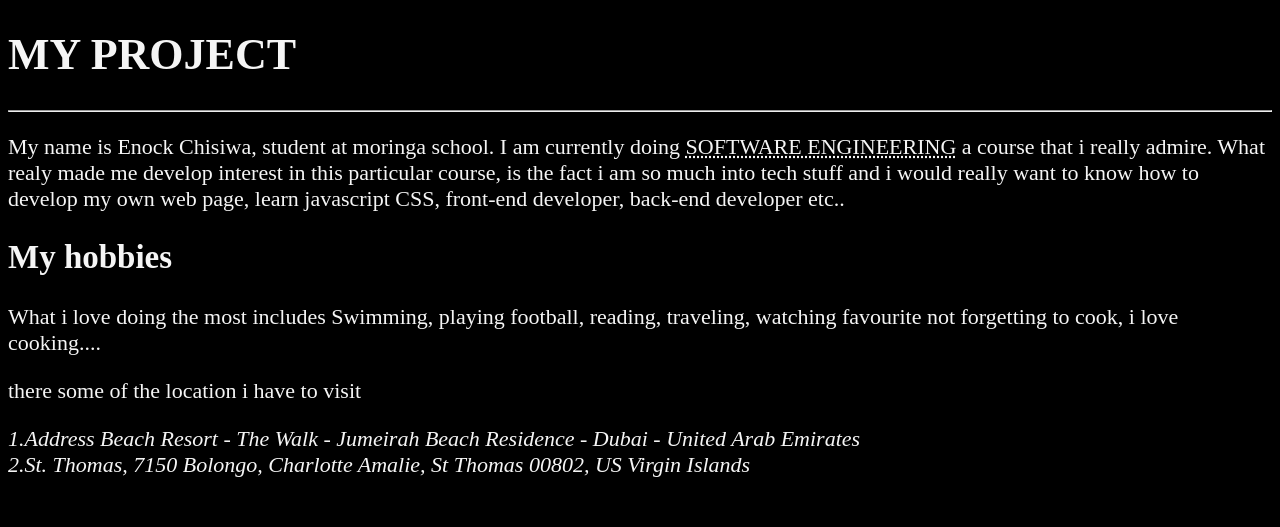
Repository: chiscobyte/README.md
Page: my project/index.html
The author's editor kept a copy of each file at every save. The page is drawn from the files as they stood at one save, then again after the next save.
The browser window is 1280 px wide. The pictures show the whole page.

Above is the page before, as saved 2025-02-22 19:10:35.

### my project/index.html
<!DOCTYPE html>
<html lang="en">
<head>
    <meta charset="UTF-8">
    <meta name="Author" content="Enock Chisiwa">
    <title>Chisiwa web</title>
    <style>
        html {font-size: 22px
        }

        body {
            background-color: black;
            color: whitesmoke;
        }
    </style>
</head>
<body>
    <h1>MY PROJECT</h1>

    <hr>

    <p>My name is Enock Chisiwa, student at moringa school. I am currently doing <abbr title="">SOFTWARE ENGINEERING</abbr> a course that i really admire. What realy made me develop interest in this particular course, is
    the fact i am so much into tech stuff and i would really want to know how to develop my own web page,
    learn javascript CSS, front-end developer, back-end developer etc..</p>

    <h2>My hobbies</h2>
   <p>What i love doing the most includes Swimming, playing football, reading, traveling, watching favourite
      not forgetting to cook, i love cooking....</p>

    <p>there some of the location i have to visit </p>
    <address>1.Address Beach Resort - The Walk - Jumeirah Beach Residence - Dubai - United Arab Emirates</address>
    <address>2.St. Thomas, 7150 Bolongo, Charlotte Amalie, St Thomas 00802, US Virgin Islands</address>




</body>
</html>

After the next save:
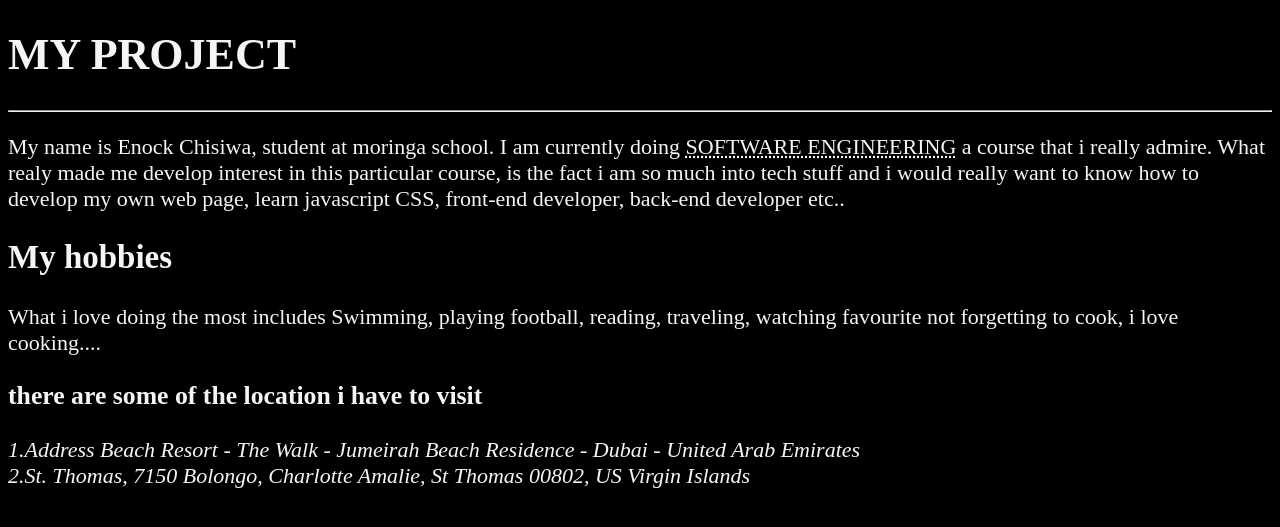
Saved 69 s later.
--- a/my project/index.html
+++ b/my project/index.html
@@ -27,7 +27,7 @@
    <p>What i love doing the most includes Swimming, playing football, reading, traveling, watching favourite
       not forgetting to cook, i love cooking....</p>
 
-    <p>there some of the location i have to visit </p>
+    <h3>there are some of the location i have to visit </h3>
     <address>1.Address Beach Resort - The Walk - Jumeirah Beach Residence - Dubai - United Arab Emirates</address>
     <address>2.St. Thomas, 7150 Bolongo, Charlotte Amalie, St Thomas 00802, US Virgin Islands</address>
 
